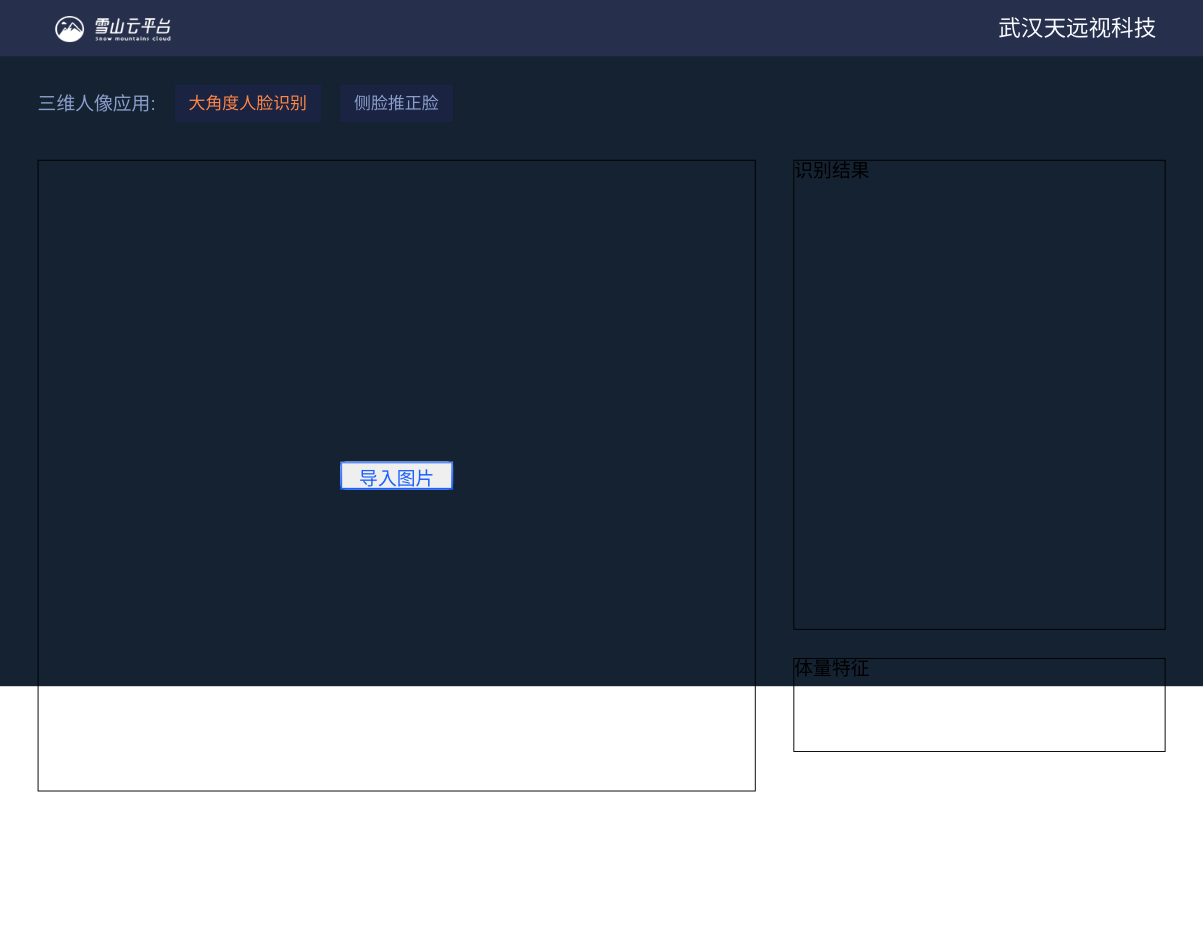
Repository: fyt2020/pubilcDemlo
Page: /
These files come from the project's save history. The page is drawn as it stood at one moment and after the next save; the edit follows.
The browser window is 1280 px wide. The pictures show the whole page, at 94% of full size.
The project was rebuilt for these pictures with package versions that can differ from the ones it lists, and the page was loaded fresh each time.

Above is the page before, as saved 2020-04-28 11:02:51.

### index.html
<!DOCTYPE html>
<html>
  <head>
    <meta charset="utf-8">
    <meta name="viewport" content="width=device-width,initial-scale=1.0">
    <title>pubilcdemo</title>
    <script src="./static/config.js"></script>
    <script src="./static/main.js"></script>
  </head>
  <body>
    <div id="app"></div>
    <!-- built files will be auto injected -->
  </body>
</html>

### src/main.js
// The Vue build version to load with the `import` command
// (runtime-only or standalone) has been set in webpack.base.conf with an alias.
import Vue from 'vue'
import App from './App'
import router from './router'
import '@/assets/css/reset.css'
import axios from '@/plugins/axios';

Vue.config.productionTip = false
Vue.prototype.$http = axios;
/* eslint-disable no-new */
new Vue({
  el: '#app',
  router,
  components: { App },
  template: '<App/>'
})

### src/router/index.js
import Vue from 'vue'
import Router from 'vue-router'
import Home from '@/pages/Home'

Vue.use(Router)

export default new Router({
  linkExactActiveClass: "exactActive",
  linkActivesClass: "active",
  routes: [
    {
      path: '/',
      name: 'home',
      component: Home,
      meta:{
        needTooken:false
      },
      redirect:'/bigAngle',
      children:[
        {
          path: 'bigAngle',
          name: 'bigAngle',
          component: () => import("@/pages/bigAngle"),
          meta:{
            needTooken:false
          },

        },
        {
          path: 'face',
          name: 'face',
          component: () => import("@/pages/face"),
          meta:{
            needTooken:false
          },

        }

      ]
    }
  ]
})

### src/assets/css/reset.css
@charset "UTF-8";
/**
 * @desc pc端常用reset.css
 * @author archer
 * @date 2018-08-26
 */
html,body,div,p,ul,li,dl,dt,dd,em,i,span,a,img,input,h1,h2,h3,h4,h5,nav,section,footer,header,table,tr,th,td,ul,li{margin:0;padding:0;box-sizing: border-box;}
h1,h2,h3,h4,h5,h6{font-weight:normal}
i,em,b{font-style:normal}
article,aside,details,figcaption,figure,footer,header,menu,nav,section {display: block;}
a,img,input {border:none;}
a {text-decoration:none;}
a:hover, a:active {outline: none;}
ul,li{list-style: none}
button,input,select,textarea{font-size:100%;outline:none}
table{border-collapse:collapse;border-spacing:0}
html, body {width: 100%;height: 100%;}
body{font-family:"Helvetica Neue",Helvetica, Arial,sans-serif; font-size: 14px;line-height:1}

### src/pages/Home.vue
<template>
  <div class="home">
      <div class="header">
           <div class="header__left">
                <img src="../assets/img/logo1.png" alt="" class="logo_img">

           </div>
           <div class="header__right">
                <span>武汉天远视科技</span>
           </div>
      </div>
      <div class="navigation">
            <span class="navigation__title">三维人像应用:</span>
            <router-link tag="li" :to="{name:'bigAngle'}" class="navigation__item">大角度人脸识别</router-link>
            <router-link tag="li" :to="{name:'face',params:{id:'self'}}" class="navigation__item">侧脸推正脸</router-link>
      </div>

      <div class="content">
         <router-view />
      </div>

  </div>
</template>

<script>
export default {
  data() {
    return {};
  },
  computed: {},
  created() {

  },
  mounted() {

  },
  methods: {

  },
  components: {}
};
</script>

<style lang="scss" scoped>
@import "~@/assets/css/home.scss";
</style>

### src/pages/bigAngle.vue
<template>
  <div class="bigAngle">
    <div class="bigAngle__left">
      <div class="left__top">
        <img :src="uploadImgUrl" alt class="uploadImg" v-if="uploadImgUrl" />
        <img
          src="../assets/img/delete.png"
          alt
          class="delete__img"
          v-show="closeKey"
          @click="close"
        />
        <button class="btn" @click="uploadFile2" v-if="btnKey">
          导入图片
          <form
            name="fileList"
            id="fileList"
            action="uploadURL"
            method="POST"
            enctype="multipart/form-data"
            class="file"
          >
            <input
              type="file"
              hidden
              @change="beforeUploadFile2($event)"
              id="upload_file2"
              class="file-inp"
            />
          </form>
        </button>
      </div>
      <!-- <div class="left__bottom">
        <span class="left__bottomT">识别目标</span>
        <ul class="recg__box">
          <li class="recg__item" v-for="item in angleImg" :key="item.id">
            <img :src="item.src" alt class="recg__itemImg"/>
          </li>
        </ul>
      </div> -->
    </div>
    <div class="bigAngle__right">
      <div class="right__top">
        <span class="right__topT">识别结果</span>
        <div id="WebGL-output"></div>
        <ul class="info__box" v-if="infoObj.collectNo">
          <li class="info__item">
            <span class="info__iteml">采集编号:</span>
            <span class="info__itemr">{{infoObj.collectNo}}</span>
          </li>
          <li class="info__item">
            <span class="info__iteml">性别:</span>
            <span class="info__itemr">{{infoObj.sex}}</span>
          </li>
          <li class="info__item">
            <span class="info__iteml">证件号:</span>
            <span class="info__itemr">{{infoObj.idNo}}</span>
          </li>
          <li class="info__item">
            <span class="info__iteml">采集时间:</span>
            <span class="info__itemr">{{infoObj.time}}</span>
          </li>
        </ul>
      </div>
      <div class="right__bottom">
           <span class="right__topT">体量特征</span>
           <ul class="tl__box" v-if="charData.length>0">
               <li class="tl__item" v-for="item in charData" :key="item.value">
                   <span class="tl__iteml same">{{item.title}}</span>
                   <span class="tl__itemr same">{{item.value}}</span>
               </li>
           </ul>
      </div>
    </div>
  </div>
</template>

<script>
import axios from 'axios'
export default {
  props: {},
  data() {
    return {
      btnKey: true,
      uploadImgUrl: "",
      closeKey: false,
      camera: null,
      renderer: null,
      boxHelper: null,
      animationId: null,
      modelObj: null,
      scene: null,
      infoObj: {
          collectNo:'',
          sex:'',
          time:'',
          idNo:''
      },
      charData:[],
      angleImg:[],

      source: 0
    };
  },
  computed: {},
  created() {},
  mounted() {},
  watch: {},
  methods: {
    close() {
      console.log($('#WebGL-output'))
      $('#WebGL-output').empty();
      this.uploadImgUrl = "";
      this.closeKey = false;
      this.btnKey = true;
      this.angleImg = [];
      this.charData =[];
      this.infoObj = {
          collectNo:'',
          sex:'',
          time:'',
          idNo:''
      },
      this.removeEntity(this.modelObj);
    },
    uploadFile2() {
      let file = document.getElementById("upload_file2");
      file.click();
    },
    beforeUploadFile2(e) {
      let VM = this;
      let files = e.target.files[0];
      let nameArr = e.target.files[0].name.split(".");
      let len = nameArr.length;
      let startName = e.target.files[0].name.split(".")[0];
      let endName = nameArr[len - 1];
      if (
        endName != "jpg" &&
        endName != "png" &&
        endName != "jpeg" &&
        endName != "JPG" &&
        endName != "PNG" &&
        endName != "JPEG"
      ) {
        VM.$Message.error(`上传图片格式不是jpg或png!`);
        return;
      }
      if (!files) {
        return;
      }
      this.btnKey = false;
      this.closeKey = true;
      let reader = new FileReader();
      reader.onloadend = function() {
        VM.uploadImgUrl = reader.result;
      };
      reader.readAsDataURL(files);
      this.angleImg = [{id:Math.floor(Math.random*100),src:`../../static/data/${startName}/${startName}_angle.jpg`}];
      this.INIT(400, 400, startName);
      this.getInfo(startName);
    },

    INIT(width, height, name) {
      let VM = this;
      //场景构建
      VM.scene = new THREE.Scene();
      //相机构建
      VM.camera = new THREE.PerspectiveCamera(45, width / height, 0.1, 2000); //四个参数 视场角 方向 最近距 最远距  fov对应着图中的视角，是上下两面的夹角。aspect是近平面的宽高比。
      // camera.lookAt( new THREE.Vector3(0, 0, 0));
      //渲染器构建
      VM.renderer = new THREE.WebGLRenderer({
        antialias: true
      });

      //设置背景颜色
      VM.renderer.setClearColor(0x484b5f);
      //三个参数 width height updateStyle第三个选填
      VM.renderer.setSize(width, height);
      //激活阴影
      VM.renderer.shadowMapEnabled = true;
      //添加材质灯光阴影
      var ambiColor = "ffffff";
      var ambientLight = new THREE.AmbientLight(ambiColor);
      VM.scene.add(ambientLight);

      //添加坐标系
      // var axes = new THREE.AxisHelper(100);
      // scene.add(axes);

      //添加网格
      // var helper = new THREE.GridHelper( 1000, 50 ,0x0000ff, 0xff8080);
      // scene.add(helper);
      VM.boxHelper = new THREE.BoxHelper();

      var controls = new THREE.OrbitControls(VM.camera, VM.renderer.domElement);
      //controls.target = new THREE.Vector3(0, 0, 0);
      // 使动画循环使用时阻尼或自转 意思是否有惯性
      controls.enableDamping = true;
      //动态阻尼系数 就是鼠标拖拽旋转灵敏度
      controls.dampingFactor = 0.25;
      //是否可以缩放
      controls.enableZoom = true;
      //是否自动旋转
      controls.autoRotate = false;
      //设置相机距离原点的最近距离
      //controls.minDistance = 200;
      //设置相机距离原点的最远距离
      //controls.maxDistance = 600;
      //是否开启右键拖拽
      controls.enablePan = true;
      //上下旋转范围
      controls.minPolarAngle = 0;
      controls.maxPolarAngle = Math.PI * (90 / 180);
      //左右旋转范围
      controls.minAzimuthAngle = -Math.PI * (60 / 180);
      controls.maxAzimuthAngle = Math.PI * (60 / 180);

      controls.panSpeed = 0.2;
      controls.rotateSpeed = 0.1;
      //模型
      var onProgress = function(xhr) {
        // if (xhr.lengthComputable) {
        //   //可计算的长度
        //   var percentCompvare = (xhr.loaded / xhr.total) * 100; //加载程度百分比
        //   var elem = document.getElementById("myBar");
        //   var width = parseInt(percentCompvare);
        //   elem.style.width = width + "%";
        //   $(".loading").text("正在下载:" + parseInt(percentCompvare) + "%");
        // }
      };
      var onError = function(xhr) {
        // $(".loading")
        //   .show()
        //   .text("下载失败");
        return;
      };

      var modelPath = `../../static/data/${name}`;
      var objLoader = new THREE.OBJLoader2();
      var callbackOnLoad = function(event) {
        VM.modelObj = event.detail.loaderRootNode;
        VM.modelObj.name = `${name}`;
        VM.modelObj.scale.set(1.9, 1.9, 1.9);
        VM.modelObj.children[0].geometry.computeBoundingBox();
        VM.modelObj.rotation.x = THREE.Math.degToRad(-88);
        VM.modelObj.children[0].geometry.center();
        VM.boxHelper.setFromObject(VM.modelObj);
        let center = VM.boxHelper.geometry.boundingSphere.center;
        let radius = VM.boxHelper.geometry.boundingSphere.radius;
        let cameraPos = new THREE.Vector3(
          center.x + VM.modelObj.position.x,
          center.y + VM.modelObj.position.y,
          radius * 2.2 + center.z + VM.modelObj.position.z
        );
        let lookPos = new THREE.Vector3(
          center.x + VM.modelObj.position.x,
          center.y + VM.modelObj.position.y,
          center.z + VM.modelObj.position.z
        );
        VM.camera.position.copy(cameraPos);
        controls.target = lookPos;
        VM.camera.lookAt(lookPos);
        VM.scene.add(VM.modelObj);
      };
      let typeObj = VM.source == "1" ? "textured" : "cut";
      objLoader.loadMtl(modelPath + `/${typeObj}_mesh.mtl`, null, function(
        materialCreator
      ) {
        materialCreator[`${typeObj}_mesh`].opacity = 1; // new THREE.Color(1,1,1)
        objLoader.setMaterials(materialCreator);
        objLoader.setLogging(true, true);
        objLoader.load(
          modelPath + `/${typeObj}_mesh.obj`,
          callbackOnLoad,
          onProgress,
          onError,
          null,
          false
        );
      });
      VM.camera.lookAt(VM.scene.position);
      //在页面上添加渲染器，dom元素
      $("#WebGL-output").append(VM.renderer.domElement);
      renderScene();
      VM.getModelTxt(name);
      function renderScene() {
        var clock = new THREE.Clock();
        var delta = clock.getDelta(); //三角点
        controls.update();
        VM.camera.updateProjectionMatrix();
        VM.animationId = requestAnimationFrame(renderScene); //请求动画框架
        VM.renderer.render(VM.scene, VM.camera);
      }
    },
    clearRenderer() {
      let VM = this;
      VM.renderer.dispose();
      VM.renderer.forceContextLoss();
      VM.renderer.context = null;
      VM.renderer.domElement = null;
      VM.renderer = null;
    },
    getModelTxt(name) {
      let VM = this;
      let id = new Date().getTime();
      let params = {
        headers: {
          "Content-Type": "text/plain;charset=utf-8"
        },
        responseType: "text/json",
        inCharset: "utf-8",
        outCharset: "utf-8",
        timeout: 30000,
        random: id
      };
      axios
        .get(
          `../../static/data/${name}/face_points_distance.txt`,
        )
        .then(function(res) {
            let newData = res.data.split("\r\n");
            let len = newData.length;
            for (var i = 0; i < len; i++) {
              let obj = {};
              if (newData[i]) {
                let k = newData[i].split(":")[0];
                let v = newData[i].split(":")[1];
                obj['title'] = k;
                obj['value'] = v;
              }
              VM.charData.push(obj)
            }
        })
        .catch(function(error) {
          console.log(error);
        });
    },
    getInfo(name) {
      let VM = this;
      this.$http.api
        .get(`../../static/data/${name}/${name}.json`)
        .then(function(res) {
          if (res.data.code === 0) {
            let data = res.data.result;
            VM.infoObj = data
          }
        })
        .catch(function(error) {
          console.log(error);
        });
    },
    //移除模型
    removeEntity(object) {
      let selectedObject = this.scene.getObjectByName(object.name);
      // console.log('renderer.renderLists',this.renderer.renderLists)
      selectedObject.traverse(function(item) {
        if (item instanceof THREE.Mesh) {
          item.geometry.dispose(); //删除几何体
          //item.material.dispose(); //删除材质
          if (Array.isArray(item.material)) {
            item.material.forEach(function(i) {
              i.dispose(); //删除材质
            });
          } else {
            item.material.dispose();
          }
        }
      });
      this.scene.remove(selectedObject);
      this.renderer.dispose();
      this.renderer.clear();
      this.renderer.renderLists.dispose();
      this.modelObj = null;
      THREE.Cache.clear();
    }
  },
  beforeDestroy() {},
  components: {}
};
</script>

<style scoped lang="scss">
@import "@/assets/css/bigAngle.scss";
</style>

### src/assets/css/home.scss

@import "@/assets/css/func.scss";
.home{
    font-size: 20px;
    width: 100vw;
    height: 100vh;
    background-color: #142232;
    .header{
        width: 100%;
        height: 60px;
        background-color: #262f4b;
        display: flex;
        align-items: center;
        color:  #f8faff;;
        justify-content: space-between;
        padding: 0 50px;
        font-size: 24px;
        .header__left{
            height: 100%;
            display: flex;
            align-items: center;
            .logo_img{
                width: 141px;
                height: 35px;
            }
        }
        .header__right{
            height: 100%;
            display: flex;
            align-items: center;
        }
    }
    .navigation{
        width: 100%;
        height: 40px;
        display: flex;
        align-items: center;
        box-sizing: border-box;
        background-color: #142232;
        color:  #8c9ecb;
        padding: 0 40px;
        margin-top: 30px;
        .navigation__title{
            margin-right: 20px;
        }
        &__item{
            height: 40px;
            line-height: 40px;
            box-sizing: border-box;
            padding: 0 15px;
            margin-right: 20px;
            font-size: 18px;
            color: #8c9ecc;
            background-color:  #1a2342;
        }
        &__item.exactActive{
             display: flex;
             color: #ff8748;
            //  background: url('#{$img}/qhbtn.png') no-repeat center;
             background-size: 100% 100%;

        }
    }
    .content{
        height: calc(100% - 120px);
        width: 100%;
        padding: 40px;
        background-color: #142232;
    }
}

### src/assets/css/func.scss
// @function px2Rem($px, $base-font-size: 19.2px) {
//     @if (unitless($px)) { //有无单位
//       @return ($px / 19.2) * 1rem;
//     } @else if (unit($px) == em) {
//       @return $px;
//     }
//     @return ($px / $base-font-size) * 1rem;
// }

$img:"../../assets/img";

### src/assets/css/bigAngle.scss
.bigAngle{
     display: flex;
     width: 100%;
     height: 100%;
     .bigAngle__left{
        width: 994px;
        height: 840px;
        margin-right: 40px;
        display: flex;
        flex-direction: column;
        .left__top{
             width: 100%;
             height: 80%;
             border: 1px solid black;
             margin-bottom: 20px;
             display: flex;
             align-items: center;
             justify-content: center;
             position: relative;
             .uploadImg{
                height: 100%;
             }
             .delete__img{
                position: absolute;
                width: 36px;
                height: 36px;
                right: 20px;
                top:20px;
                transition: all 0.1 linear;
                z-index: 2100;
                cursor: pointer;
             }
             .btn{
                 position: absolute;
                 outline: none;
                 border-style: solid;
                 border-width: 2px;
                 border-image-source: linear-gradient(0deg,#1a5fff 0%, #5f8ffd 100%);
                 border-image-slice: 1;
                 width: 120px;
                 height: 30px;
                 line-height: 30px;
                 color: #1a5fff;
                 border-radius: 6px;
                 z-index: 9999;
             }
        }
        .left__bottom{
            width: 100%;
            height: 15%;
            border: 1px solid black;
            .left__bottom{

            }
            .recg__box{

                display: flex;
                align-items: center;
                justify-content: flex-start;
                .recg__item{
                    width: 100px;
                    height: 100px;
                    .recg__itemImg{

                        height: 100%;
                    }
                }
            }
        }
     }
     .bigAngle__right{
        width: 33%;
        height: 100%;


        .right__top{
            border: 1px solid black;
            width: 100%;
            height: 500px;
            position: relative;
            margin-bottom: 30px;
            .right__topT{

            }
            #WebGL-output{
                width: 400px;
                height: 400px;
            }
            .info__box{
                position: absolute;
                right: 0;
                bottom: 0;
                width: 300px;
                height: 200px;
                background-color: black;
                display: flex;
                flex-direction: column;

                color: blanchedalmond;


            }
        }
        .right__bottom{

            border: 1px solid black;
            width: 100%;
            height: 100px;
            .right__topT{

            }
            .tl__box{
                display: flex;

                .tl__item{



                 .same{




                 }
                 .tl__iteml{

                 }
                 .tl__itemr{

                 }
                }
            }


        }

     }
}

### static/config.js
window.BASEURL = {
     type:'id',

     imgUrl__collectNo:'srlp1576136811447'
};

Loaded but not shown: src/App.vue (common file); src/plugins/axios.js (library)

After the next save:
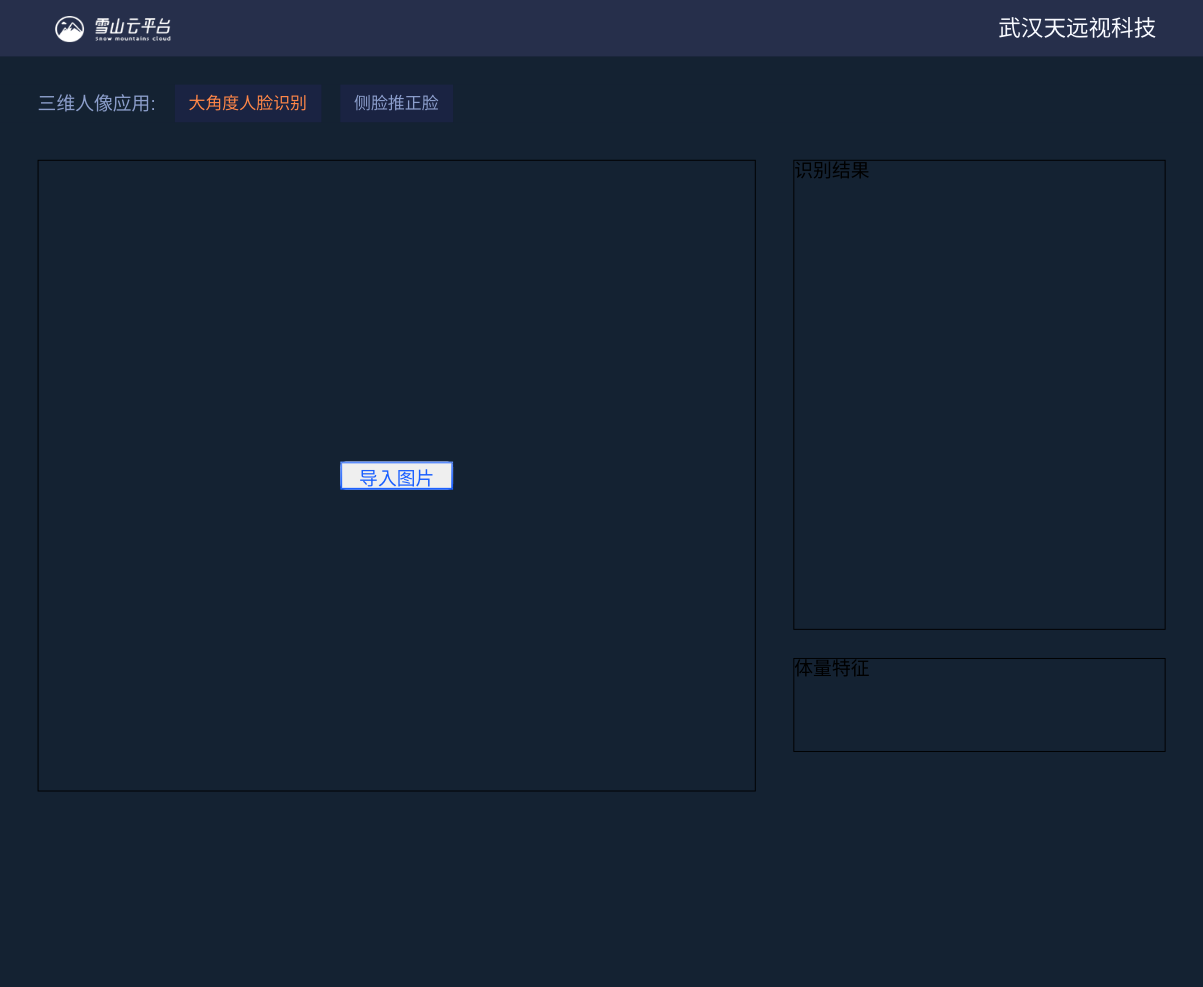
Saved 38 s later.
--- a/src/assets/css/home.scss
+++ b/src/assets/css/home.scss
@@ -62,7 +62,7 @@
         }
     }
     .content{
-        height: calc(100% - 120px);
+        // height: calc(100% - 120px);
         width: 100%;
         padding: 40px;
         background-color: #142232;
